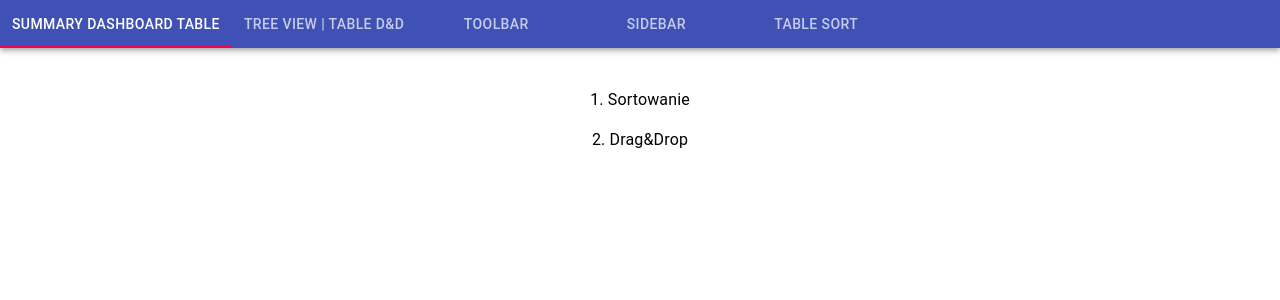
Repository: GoreckiK/MaterialUIMock
Page: /
The author's editor kept a copy of each file at every save. The page is drawn from the files as they stood at one save, then again after the next save.
The browser window is 1280 px wide. The pictures show the whole page.
The project was rebuilt for these pictures with package versions that can differ from the ones it lists, and the page was loaded fresh each time. Also part of the build but not shown: src/components/MaterialTable.jsx, src/components/SummaryDashboardTable.jsx, src/components/Toolbar.jsx, src/components/SideBar.jsx, src/components/TableWithSorting.jsx.

Above is the page before, as saved 2020-05-18 17:43:22.

After the next save:
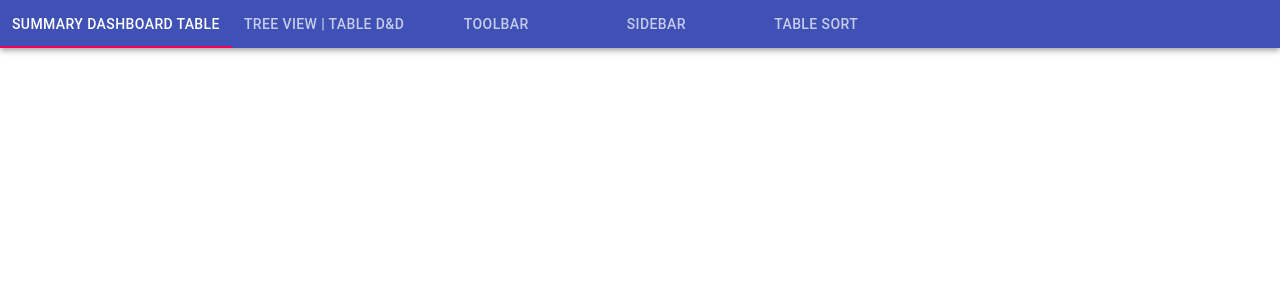
Saved 28 s later.
--- a/src/containers/MainView.jsx
+++ b/src/containers/MainView.jsx
@@ -73,8 +73,6 @@ export default function MainView() {
             </AppBar>
             <TabPanel value={value} index={0}>
                 {/* <ReactVirtualizedTable/> */}
-                <p>1. Sortowanie</p>
-                <p>2. Drag&Drop</p>
             </TabPanel>
             <TabPanel value={value} index={1}>
                 <SummaryDashboardTable/>
